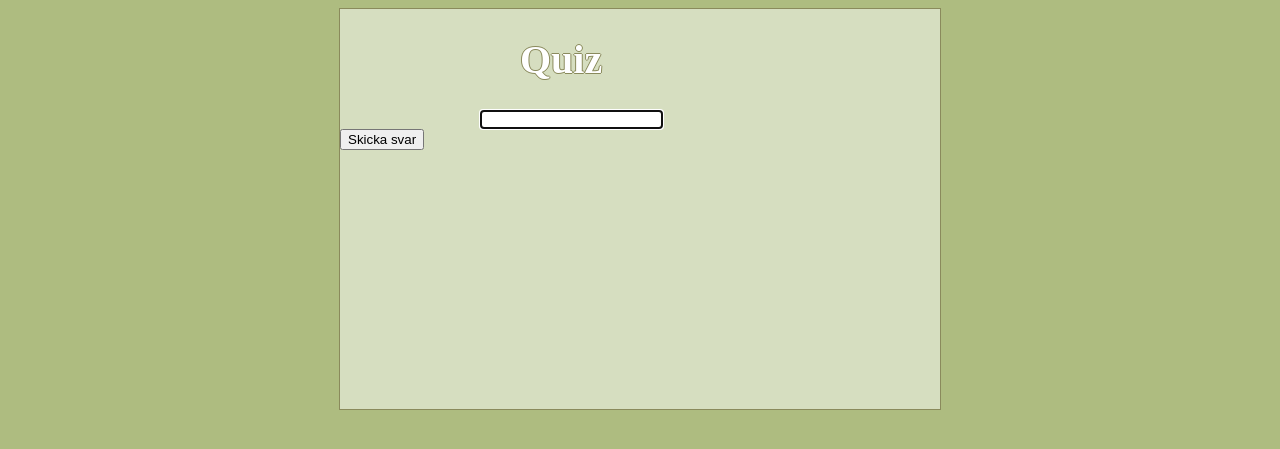
Repository: JuliaSivartsson/1dv403-jsigc09-laborationer
Page: 4-thequiz/index.html
The author's editor kept a record of every edit. The page is drawn from the files as they stood at one moment, then again after the next edit.
The browser window is 1280 px wide. The pictures show the whole page.
The page's requests for data from a server got no answer.

Above is the page before.

After the next edit:
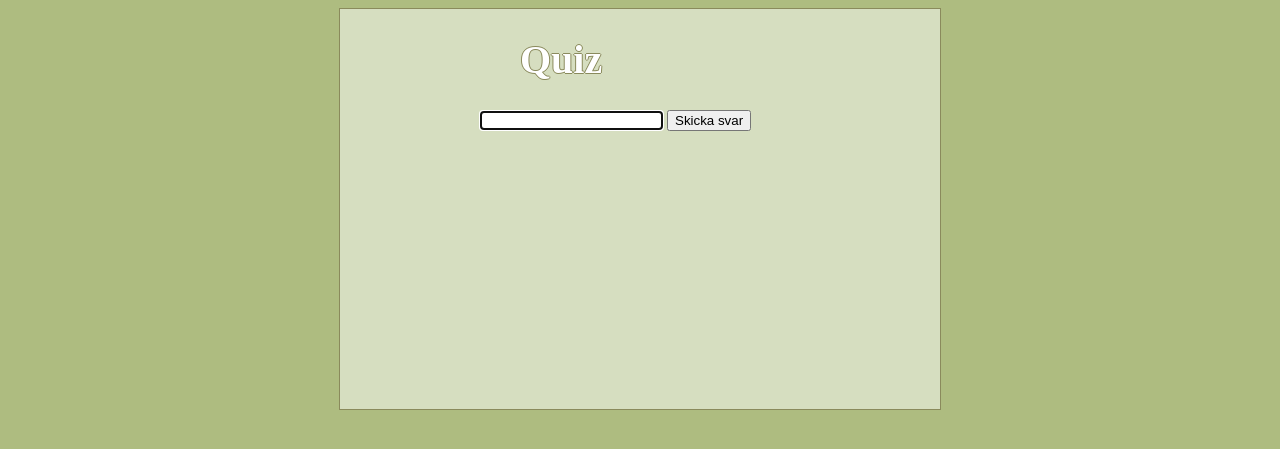
The edit:
--- a/4-thequiz/index.html
+++ b/4-thequiz/index.html
@@ -8,11 +8,13 @@
     <body>
         <div id="content">
         <h1>Quiz</h1>
+        <div id="question"></div>
+        <div id="wrongAnswer"></div>
+        <div id="gameFinished"></div>
             <form>
-            <input type="input" id="svar"></textarea>
-
+                <input type="input" id="svar"></textarea>
+                <input type="button" id="answerbutton" value="Skicka svar"/>
             </form>
-                        <input type="button" id="answerbutton" value="Skicka svar"/>
             </div>
     <script src="js/script.js"></script>
 
